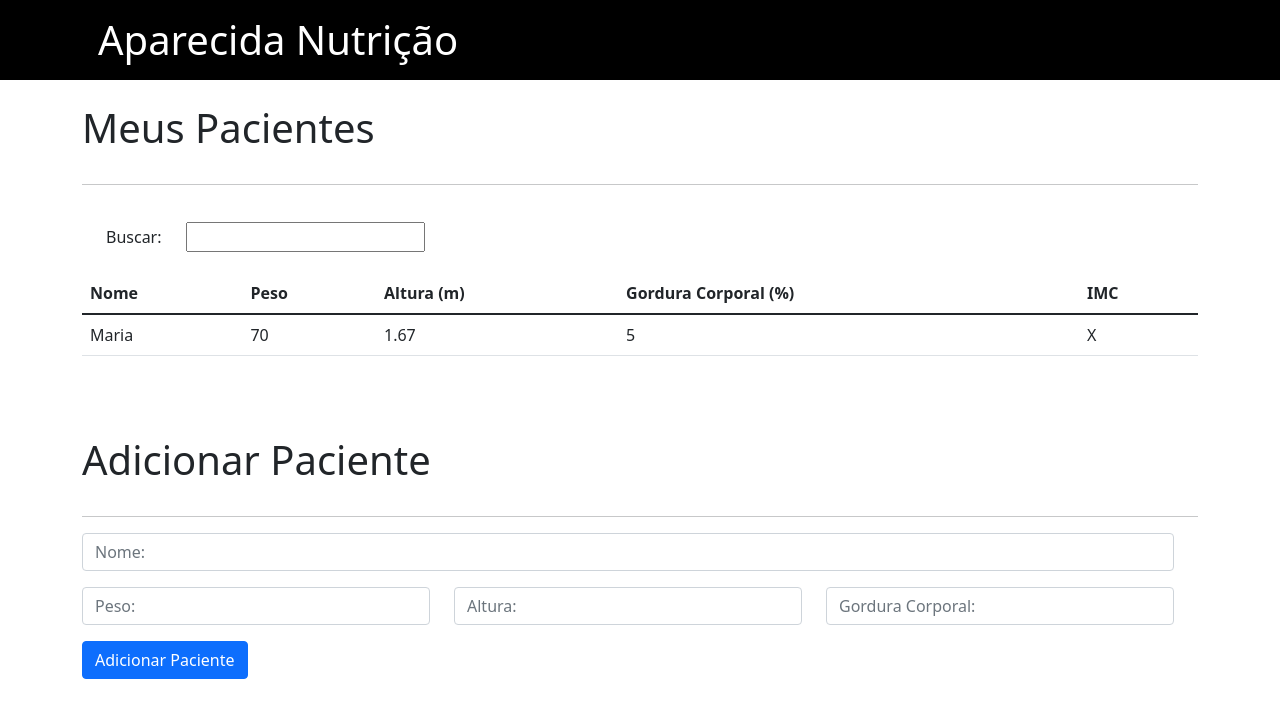
Repository: eversonps/app-paciente
Page: / (app in frontend/)
An editor plug-in stored every save of this project. The page is shown before and after the next save, followed by the edit.
The browser window is 1280 px wide. The pictures show the whole page.
The project was rebuilt for these pictures with package versions that can differ from the ones it lists, and the page was loaded fresh each time.

Above is the page before, as saved 2022-03-28 14:55:07.

### frontend/src/index.js
import React from 'react';
import ReactDOM from 'react-dom';
import './index.css';
import App from './App';
import  '../node_modules/bootstrap/dist/css/bootstrap.min.css'

ReactDOM.render(
    <App />,
    document.getElementById('root')
);

### frontend/src/App.jsx
import Header from "./components/Header";
import MyPacients from "./components/MyPacients";
import Main from "./components/Main"
import AddPacient from "./components/AddPacient";

function App() {
  return (
    <div className="App">
        <Header></Header>
        <Main>
            <MyPacients></MyPacients>
            <AddPacient></AddPacient>
        </Main>
    </div>
  );
}

export default App;

### frontend/src/components/Header.jsx
import React from "react";

export default props => {
    return (
        <header className="bg-black">
            <div className="container">
                <h1 className="text-white p-3">Aparecida Nutrição</h1>
            </div>
        </header>
    )
}

### frontend/src/components/MyPacients.jsx
import React from "react";
import FilterPacients from "../Templates/FilterPacients";
import Table from "../Templates/Table";
import Title from "../Templates/Title";

export default props => (
    <div>
        <Title name="Meus Pacientes"></Title>

        <FilterPacients></FilterPacients>
        <Table></Table>
    </div>
)

### frontend/src/components/Main.jsx
import React from "react";

export default props => (
    <main className="container">
        {props.children}
    </main>
)

### frontend/src/components/AddPacient.jsx
import React from "react";
import FormPacients from "../Templates/FormPacients";
import Title from "../Templates/Title"
import Button from "../Templates/Button";

export default props => (
    <div className="py-5">
        <Title name="Adicionar Paciente"></Title>
        <FormPacients></FormPacients>
        <div className="mt-3">
            <Button type="primary" name="Adicionar Paciente"></Button>
        </div>
    </div>
)

### frontend/src/Templates/FilterPacients.jsx
import React from "react";

export default props => (
    <div>
        <label className="m-4">Buscar: </label>
        <input type="text" />
    </div>
)

### frontend/src/Templates/Table.jsx
import React from "react";

export default props => (
    <div>
        <table class="table">
        <thead class="thead-dark">
            <tr>
                <th scope="col">Nome</th>
                <th scope="col">Peso</th>
                <th scope="col">Altura (m)</th>
                <th scope="col">Gordura Corporal (%)</th>
                <th scope="col">IMC</th>
            </tr>
        </thead>
        <tbody>
            <tr>
                <td>Maria</td>
                <td>70</td>
                <td>1.67</td>
                <td>5</td>
                <td>X</td>
            </tr>
            </tbody>
        </table>
    </div>

)

### frontend/src/Templates/Title.jsx
import React from "react";

export default props => (
    <div>
        <h1 className="pt-3 py-3">{props.name}</h1>
        <hr />
    </div>
)

### frontend/src/Templates/FormPacients.jsx
import React, { Component } from "react";

export default class FormPacients extends Component{
    state = {
        nome: "",
        peso: 0,
        altura: 0,
        gorduraCorporal: 0
    }

    render(){
        return(
            <form>
                <div className="row">
                    <div className="row mb-3">
                        <div className="col">
                            <input type="text" className="form-control" placeholder="Nome:" />
                        </div>
                    </div>
                    <div className="row">
                        <div className="col">
                            <input type="number" className="form-control" placeholder="Peso:" />
                        </div>
                        <div className="col">
                            <input type="number" className="form-control" placeholder="Altura:" />
                        </div>
                        <div className="col">
                            <input type="number" className="form-control" placeholder="Gordura Corporal:" />
                        </div>
                    </div>
                </div>
            </form>
        )
    }
}

### frontend/src/Templates/Button.jsx
import React from "react";

export default props => (
    <button type="button" class={`btn btn-${props.type}`}>{props.name}</button>
)

Loaded but not shown: frontend/public/index.html (common file); frontend/src/index.css (common file)

After the next save:
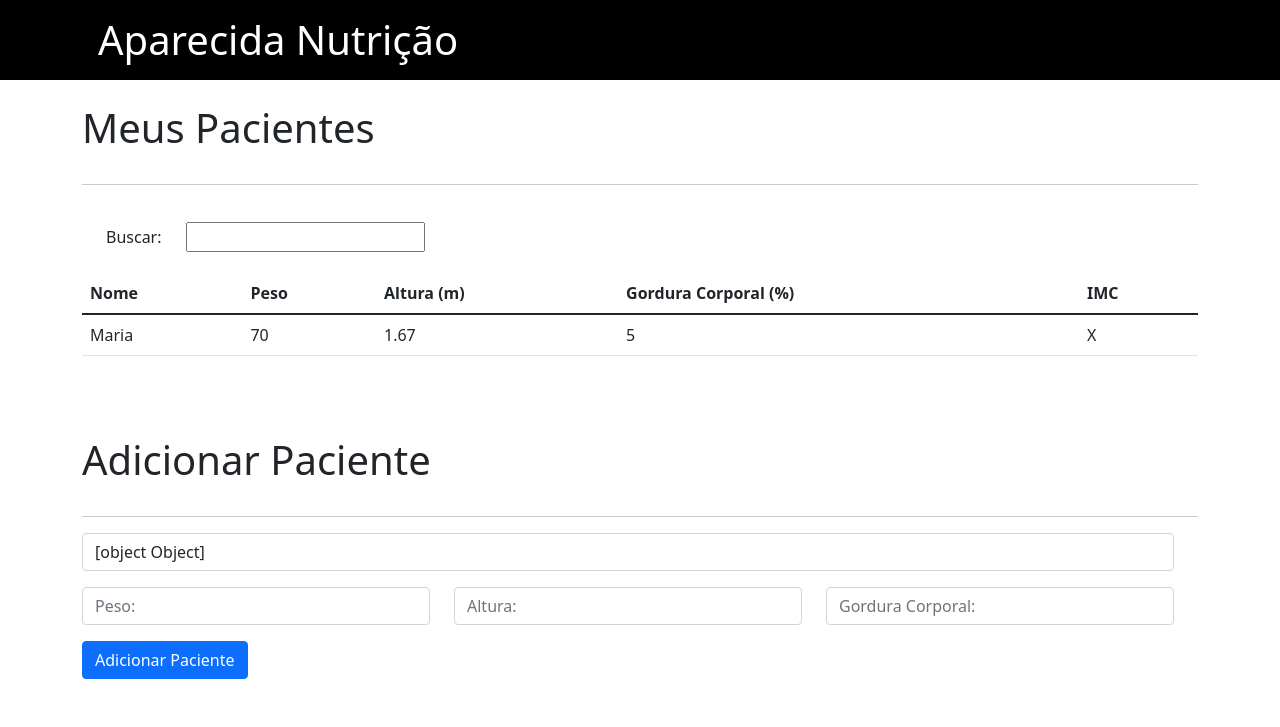
Saved 37 s later.
--- a/frontend/src/Templates/FormPacients.jsx
+++ b/frontend/src/Templates/FormPacients.jsx
@@ -14,7 +14,7 @@
                 <div className="row">
                     <div className="row mb-3">
                         <div className="col">
-                            <input type="text" className="form-control" placeholder="Nome:" />
+                            <input type="text" className="form-control" placeholder="Nome:" value={this.state}/>
                         </div>
                     </div>
                     <div className="row">

After the save that followed:
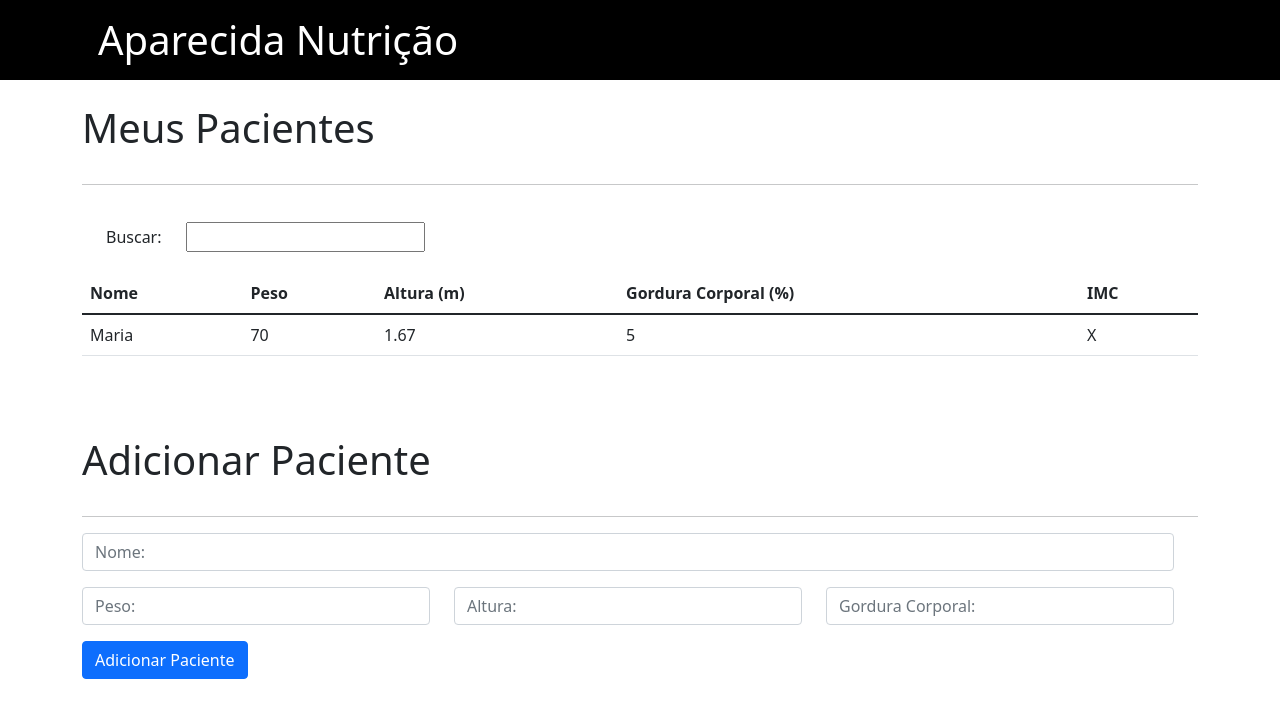
Saved 10 s later.
--- a/frontend/src/Templates/FormPacients.jsx
+++ b/frontend/src/Templates/FormPacients.jsx
@@ -14,7 +14,7 @@
                 <div className="row">
                     <div className="row mb-3">
                         <div className="col">
-                            <input type="text" className="form-control" placeholder="Nome:" value={this.state}/>
+                            <input type="text" className="form-control" placeholder="Nome:" value={this.state.nome}/>
                         </div>
                     </div>
                     <div className="row">
